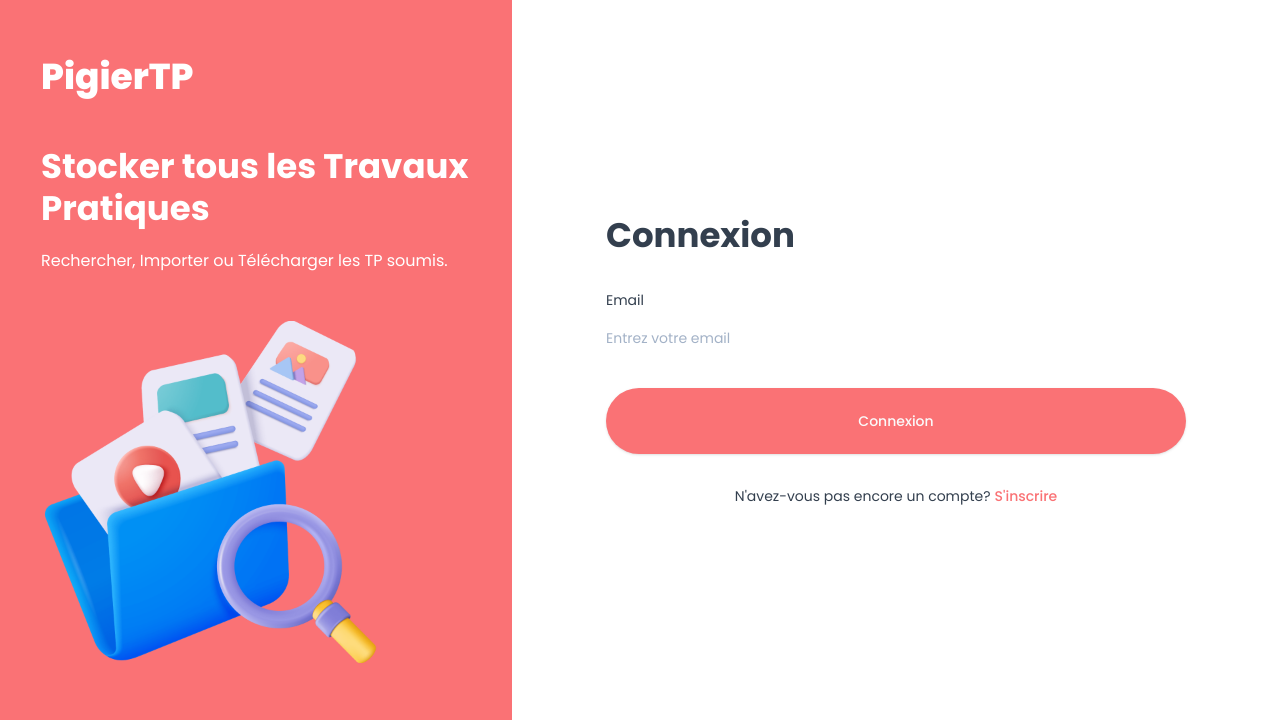
Repository: Tychiq/pigier_tp
Page: /sign-in
The author's editor kept a copy of each file at every save. The page is drawn from the files as they stood at one save, then again after the next save.
The browser window is 1280 px wide. The pictures show the whole page.
The page's requests for data from a server got no answer. The project was rebuilt for these pictures with package versions that can differ from the ones it lists, and the page was loaded fresh each time. The framework's server and built-in components were replaced by stand-ins that run in the browser. No one was signed in, and anything a server would have sent is missing. Also part of the build but not shown: next.config.ts, components/ui/alert-dialog.tsx, components/ui/input-otp.tsx, components/OTPModal.tsx.

Above is the page before, as saved 2025-05-02 15:18:44.

### app/layout.tsx
import type { Metadata } from "next";
import { Poppins } from 'next/font/google'

import "./globals.css";

const poppins = Poppins({
    subsets: ['latin'],
    weight: ['100', '200', '300', '400', '500', '600', '700', '800', '900'],
    variable: '--font-poppins',
})

export const metadata: Metadata = {
  title: "PigierTP",
  description: "PigierTP - Tous les Travaux Pratiques.",
};

export default function RootLayout({
  children,
}: Readonly<{
  children: React.ReactNode;
}>) {
  return (
    <html lang="en">
      <body
        className={`${poppins.variable} font-poppins antialiased`}
      >
        {children}
      </body>
    </html>
  );
}

### app/(auth)/layout.tsx
import React from "react";
import Image from "next/image";

const Layout = ({ children }: { children: React.ReactNode }) => {
  return (
    <div className="flex min-h-screen">
      <section className="hidden w-1/2 items-center justify-center bg-brand p-10 lg:flex xl:w-2/5">
        <div className="flex max-h-[800px] max-w-[430px] flex-col justify-center space-y-12">
          <p className="text-4xl font-extrabold font-poppins text-white">PigierTP</p>

          <div className="space-y-5 text-white">
            <h1 className="h1">Stocker tous les Travaux Pratiques</h1>
            <p className="body-1">
              Rechercher, Importer ou Télécharger les TP soumis.
            </p>
          </div>
          <Image
            src="/assets/images/files.png"
            alt="Files"
            width={342}
            height={342}
            className="transition-all hover:rotate-2 hover:scale-105"
          />
        </div>
      </section>

      <section className="flex flex-1 flex-col items-center bg-white p-4 py-10 lg:justify-center lg:p-10 lg:py-0">
        <div className="mb-16 lg:hidden">
          <Image
            src="/assets/icons/logo-full-brand.svg"
            alt="logo"
            width={224}
            height={82}
            className="h-auto w-[200px] lg:w-[250px]"
          />
        </div>

        {children}
      </section>
    </div>
  );
};

export default Layout;

### components/AuthForm.tsx
"use client";

import { z } from "zod";
import { zodResolver } from "@hookform/resolvers/zod";
import { useForm } from "react-hook-form";
import { Button } from "@/components/ui/button";
import {
  Form,
  FormControl,
  FormField,
  FormItem,
  FormLabel,
  FormMessage,
} from "@/components/ui/form";
import { Input } from "@/components/ui/input";
import { useState } from "react";
import Image from "next/image";
import Link from "next/link";
import { createAccount, signInUser } from "@/lib/actions/user.actions";
import OtpModal from "@/components/OTPModal";
import { useRouter } from "next/navigation";

type FormType = "sign-in" | "sign-up";

// Schema
const getAuthFormSchema = (formType: FormType) =>
  z.object({
    email: z.string().email(),
    fullName: formType === "sign-up" ? z.string().min(2).max(50) : z.string().optional(),
    isStudent: formType === "sign-up" ? z.boolean() : z.boolean().optional(),
  });

const AuthForm = ({ type }: { type: FormType }) => {
  const router = useRouter();
  const [isLoading, setIsLoading] = useState(false);
  const [errorMessage, setErrorMessage] = useState<string | null>(null);
  const [accountId, setAccountId] = useState<string | null>(null);
  const [isStudent, setIsStudent] = useState(false);

  const formSchema = getAuthFormSchema(type);
  const form = useForm<z.infer<typeof formSchema>>({
    resolver: zodResolver(formSchema),
    defaultValues: {
      email: "",
      fullName: "",
      isStudent: false,
    },
  });

  const onSubmit = async (values: z.infer<typeof formSchema>) => {
    setIsLoading(true);
    setErrorMessage(null);

    try {
      const user =
        type === "sign-up"
          ? await createAccount({
              fullName: values.fullName || "",
              email: values.email,
              isStudent: values.isStudent ?? false,
            })
          : await signInUser({ email: values.email });

      setAccountId(user.accountId);
      setIsStudent(user.isStudent ?? false);

      // For sign-in, redirect immediately
      if (type === "sign-in") {
        if (user.isStudent) {
          router.push("/student");
        } else {
          router.push("/dashboard");
        }
      }
    // eslint-disable-next-line @typescript-eslint/no-unused-vars
    } catch (error) {
      setErrorMessage("Échec lors de la création de compte ou de la connexion. Réessayez.");
    } finally {
      setIsLoading(false);
    }
  };

  return (
    <>
      <Form {...form}>
        <form onSubmit={form.handleSubmit(onSubmit)} className="auth-form">
          <h1 className="form-title">
            {type === "sign-in" ? "Connexion" : "S'inscrire"}
          </h1>

          {type === "sign-up" && (
            <FormField
              control={form.control}
              name="fullName"
              render={({ field }) => (
                <FormItem>
                  <FormLabel className="shad-form-label">Nom Complet</FormLabel>
                  <FormControl>
                    <Input
                      placeholder="Entrez votre nom complet"
                      className="shad-input"
                      {...field}
                    />
                  </FormControl>
                  <FormMessage className="shad-form-message" />
                </FormItem>
              )}
            />
          )}

          <FormField
            control={form.control}
            name="email"
            render={({ field }) => (
              <FormItem>
                <FormLabel className="shad-form-label">Email</FormLabel>
                <FormControl>
                  <Input
                    placeholder="Entrez votre email"
                    className="shad-input"
                    {...field}
                  />
                </FormControl>
                <FormMessage className="shad-form-message" />
              </FormItem>
            )}
          />

          {type === "sign-up" && (
            <FormField
              control={form.control}
              name="isStudent"
              render={({ field }) => (
                <FormItem>
                  <FormLabel className="shad-form-label">Vous êtes étudiant(e)?</FormLabel>
                  <FormControl>
                    <div className="flex items-center space-x-4">
                      <label className="flex items-center space-x-2">
                        <input
                          type="radio"
                          checked={field.value === true}
                          onChange={() => field.onChange(true)}
                        />
                        <span>Oui</span>
                      </label>
                      <label className="flex items-center space-x-2">
                        <input
                          type="radio"
                          checked={field.value === false}
                          onChange={() => field.onChange(false)}
                        />
                        <span>Non</span>
                      </label>
                    </div>
                  </FormControl>
                  <FormMessage className="shad-form-message" />
                </FormItem>
              )}
            />
          )}

          <Button
            type="submit"
            className="form-submit-button"
            disabled={isLoading}
          >
            {type === "sign-in" ? "Connexion" : "S'inscrire"}
            {isLoading && (
              <Image
                src="/assets/icons/loader.svg"
                alt="loader"
                width={24}
                height={24}
                className="ml-2 animate-spin"
              />
            )}
          </Button>

          {errorMessage && <p className="error-message">*{errorMessage}</p>}

          <div className="body-2 flex justify-center">
            <p className="text-light-100">
              {type === "sign-in"
                ? "N'avez-vous pas encore un compte?"
                : "Déjà enregistré(e)?"}
            </p>
            <Link
              href={type === "sign-in" ? "/sign-up" : "/sign-in"}
              className="ml-1 font-medium text-brand"
            >
              {type === "sign-in" ? "S'inscrire" : "Connexion"}
            </Link>
          </div>
        </form>
      </Form>

      {type === "sign-up" && accountId && (
        <OtpModal
          email={form.getValues("email")}
          accountId={accountId}
          isStudent={isStudent}
        />
      )}
    </>
  );
};

export default AuthForm;

### components/ui/button.tsx
import * as React from "react"
import { Slot } from "@radix-ui/react-slot"
import { cva, type VariantProps } from "class-variance-authority"

import { cn } from "@/lib/utils"

const buttonVariants = cva(
  "inline-flex items-center justify-center gap-2 whitespace-nowrap rounded-md text-sm font-medium transition-colors focus-visible:outline-none focus-visible:ring-1 focus-visible:ring-ring disabled:pointer-events-none disabled:opacity-50 [&_svg]:pointer-events-none [&_svg]:size-4 [&_svg]:shrink-0",
  {
    variants: {
      variant: {
        default:
          "bg-primary text-primary-foreground shadow hover:bg-primary/90",
        destructive:
          "bg-destructive text-destructive-foreground shadow-sm hover:bg-destructive/90",
        outline:
          "border border-input bg-background shadow-sm hover:bg-accent hover:text-accent-foreground",
        secondary:
          "bg-secondary text-secondary-foreground shadow-sm hover:bg-secondary/80",
        ghost: "hover:bg-accent hover:text-accent-foreground",
        link: "text-primary underline-offset-4 hover:underline",
      },
      size: {
        default: "h-9 px-4 py-2",
        sm: "h-8 rounded-md px-3 text-xs",
        lg: "h-10 rounded-md px-8",
        icon: "h-9 w-9",
      },
    },
    defaultVariants: {
      variant: "default",
      size: "default",
    },
  }
)

export interface ButtonProps
  extends React.ButtonHTMLAttributes<HTMLButtonElement>,
    VariantProps<typeof buttonVariants> {
  asChild?: boolean
}

const Button = React.forwardRef<HTMLButtonElement, ButtonProps>(
  ({ className, variant, size, asChild = false, ...props }, ref) => {
    const Comp = asChild ? Slot : "button"
    return (
      <Comp
        className={cn(buttonVariants({ variant, size, className }))}
        ref={ref}
        {...props}
      />
    )
  }
)
Button.displayName = "Button"

export { Button, buttonVariants }

### components/ui/input.tsx
import * as React from "react"

import { cn } from "@/lib/utils"

export interface InputProps
  extends React.InputHTMLAttributes<HTMLInputElement> {}

const Input = React.forwardRef<HTMLInputElement, InputProps>(
  ({ className, type, ...props }, ref) => {
    return (
      <input
        type={type}
        className={cn(
          "flex h-9 w-full rounded-md border border-input bg-transparent px-3 py-1 text-sm shadow-sm transition-colors file:border-0 file:bg-transparent file:text-sm file:font-medium file:text-foreground placeholder:text-muted-foreground focus-visible:outline-none focus-visible:ring-1 focus-visible:ring-ring disabled:cursor-not-allowed disabled:opacity-50",
          className
        )}
        ref={ref}
        {...props}
      />
    )
  }
)
Input.displayName = "Input"

export { Input }

### components/ui/label.tsx
"use client"

import * as React from "react"
import * as LabelPrimitive from "@radix-ui/react-label"
import { cva, type VariantProps } from "class-variance-authority"

import { cn } from "@/lib/utils"

const labelVariants = cva(
  "text-sm font-medium leading-none peer-disabled:cursor-not-allowed peer-disabled:opacity-70"
)

const Label = React.forwardRef<
  React.ElementRef<typeof LabelPrimitive.Root>,
  React.ComponentPropsWithoutRef<typeof LabelPrimitive.Root> &
    VariantProps<typeof labelVariants>
>(({ className, ...props }, ref) => (
  <LabelPrimitive.Root
    ref={ref}
    className={cn(labelVariants(), className)}
    {...props}
  />
))
Label.displayName = LabelPrimitive.Root.displayName

export { Label }

### constants/index.ts
export const navItems = [
  {
    name: "Dashboard",
    icon: "/assets/icons/dashboard.svg",
    url: "/",
  },
  {
    name: "Documents",
    icon: "/assets/icons/documents.svg",
    url: "/documents",
  },
  {
    name: "Images",
    icon: "/assets/icons/images.svg",
    url: "/images",
  },
  {
    name: "Médias",
    icon: "/assets/icons/video.svg",
    url: "/media",
  },
  {
    name: "Autres",
    icon: "/assets/icons/others.svg",
    url: "/others",
  },
];

export const actionsDropdownItems = [
  {
    label: "Renommer",
    icon: "/assets/icons/edit.svg",
    value: "renommer",
  },
  {
    label: "Details",
    icon: "/assets/icons/info.svg",
    value: "details",
  },

  {
    label: "Télécharger",
    icon: "/assets/icons/download.svg",
    value: "télécharger",
  },
  {
    label: "Supprimer",
    icon: "/assets/icons/delete.svg",
    value: "supprimer",
  },
];

export const sortTypes = [
  {
    label: "Date de création (plus récente)",
    value: "$createdAt-desc",
  },
  {
    label: "Date de création (plus ancienne",
    value: "$createdAt-asc",
  },
  {
    label: "Nom (A-Z)",
    value: "name-asc",
  },
  {
    label: "Nom (Z-A)",
    value: "name-desc",
  },
  {
    label: "Taille (Plus grande)",
    value: "size-desc",
  },
  {
    label: "Taille (Plus petite)",
    value: "size-asc",
  },
];

export const avatarPlaceholderUrl =
  "https://img.freepik.com/free-psd/3d-illustration-person-with-sunglasses_23-2149436188.jpg";

export const MAX_FILE_SIZE = 50 * 1024 * 1024; // 50MB

### tailwind.config.ts
import type { Config } from "tailwindcss";

const config: Config = {
  darkMode: ["class"],
  content: [
    "./pages/**/*.{js,ts,jsx,tsx,mdx}",
    "./components/**/*.{js,ts,jsx,tsx,mdx}",
    "./app/**/*.{js,ts,jsx,tsx,mdx}",
  ],
  theme: {
  	extend: {
  		colors: {
  			brand: {
  				'100': '#EA6365',
  				DEFAULT: '#FA7275'
  			},
  			red: '#FF7474',
  			error: '#b80000',
  			green: '#3DD9B3',
  			blue: '#56B8FF',
  			pink: '#EEA8FD',
  			orange: '#F9AB72',
  			light: {
  				'100': '#333F4E',
  				'200': '#A3B2C7',
  				'300': '#F2F5F9',
  				'400': '#F2F4F8'
  			},
  			dark: {
  				'100': '#04050C',
  				'200': '#131524'
  			},
  			background: 'hsl(var(--background))',
  			foreground: 'hsl(var(--foreground))',
  			card: {
  				DEFAULT: 'hsl(var(--card))',
  				foreground: 'hsl(var(--card-foreground))'
  			},
  			popover: {
  				DEFAULT: 'hsl(var(--popover))',
  				foreground: 'hsl(var(--popover-foreground))'
  			},
  			primary: {
  				DEFAULT: 'hsl(var(--primary))',
  				foreground: 'hsl(var(--primary-foreground))'
  			},
  			secondary: {
  				DEFAULT: 'hsl(var(--secondary))',
  				foreground: 'hsl(var(--secondary-foreground))'
  			},
  			muted: {
  				DEFAULT: 'hsl(var(--muted))',
  				foreground: 'hsl(var(--muted-foreground))'
  			},
  			accent: {
  				DEFAULT: 'hsl(var(--accent))',
  				foreground: 'hsl(var(--accent-foreground))'
  			},
  			destructive: {
  				DEFAULT: 'hsl(var(--destructive))',
  				foreground: 'hsl(var(--destructive-foreground))'
  			},
  			border: 'hsl(var(--border))',
  			input: 'hsl(var(--input))',
  			ring: 'hsl(var(--ring))',
  			chart: {
  				'1': 'hsl(var(--chart-1))',
  				'2': 'hsl(var(--chart-2))',
  				'3': 'hsl(var(--chart-3))',
  				'4': 'hsl(var(--chart-4))',
  				'5': 'hsl(var(--chart-5))'
  			}
  		},
  		fontFamily: {
  			poppins: ["var(--font-poppins)"]
  		},
  		boxShadow: {
  			'drop-1': '0px 10px 30px 0px rgba(66, 71, 97, 0.1)',
  			'drop-2': '0 8px 30px 0 rgba(65, 89, 214, 0.3)',
  			'drop-3': '0 8px 30px 0 rgba(65, 89, 214, 0.1)'
  		},
  		borderRadius: {
  			lg: 'var(--radius)',
  			md: 'calc(var(--radius) - 2px)',
  			sm: 'calc(var(--radius) - 4px)'
  		},
  		keyframes: {
  			'caret-blink': {
  				'0%,70%,100%': {
  					opacity: '1'
  				},
  				'20%,50%': {
  					opacity: '0'
  				}
  			}
  		},
  		animation: {
  			'caret-blink': 'caret-blink 1.25s ease-out infinite'
  		}
  	}
  },
  // eslint-disable-next-line @typescript-eslint/no-require-imports
  plugins: [require("tailwindcss-animate")],
};
export default config;

Loaded but not shown: app/(auth)/sign-in/page.tsx (common file); app/globals.css (common file); lib/appwrite/index.ts (common file); lib/appwrite/config.ts (common file); lib/utils.ts (236 lines, source omitted); components/ui/form.tsx (178 lines, source omitted); lib/actions/user.actions.ts (143 lines, source omitted)

After the next save:
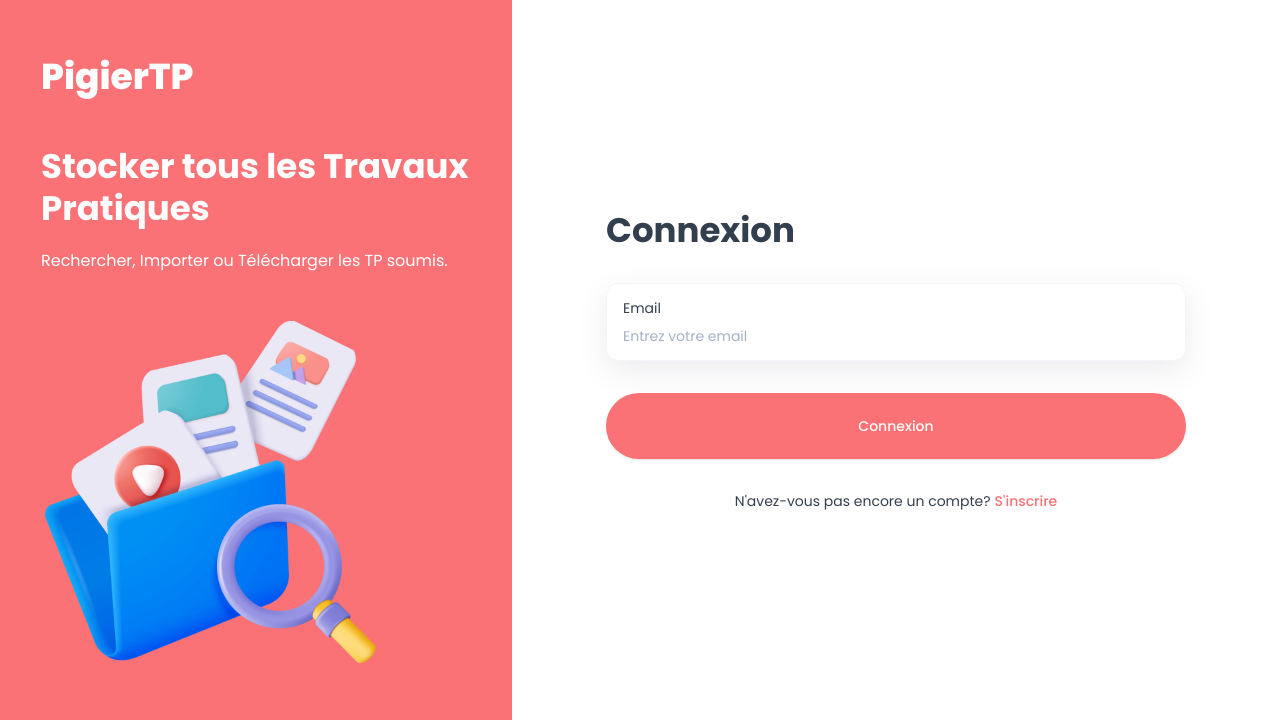
Saved 12 s later.
--- a/components/AuthForm.tsx
+++ b/components/AuthForm.tsx
@@ -3,6 +3,7 @@
 import { z } from "zod";
 import { zodResolver } from "@hookform/resolvers/zod";
 import { useForm } from "react-hook-form";
+
 import { Button } from "@/components/ui/button";
 import {
   Form,
@@ -18,38 +19,36 @@ import Image from "next/image";
 import Link from "next/link";
 import { createAccount, signInUser } from "@/lib/actions/user.actions";
 import OtpModal from "@/components/OTPModal";
-import { useRouter } from "next/navigation";
 
 type FormType = "sign-in" | "sign-up";
 
-// Schema
-const getAuthFormSchema = (formType: FormType) =>
-  z.object({
+const authFormSchema = (formType: FormType) => {
+  return z.object({
     email: z.string().email(),
-    fullName: formType === "sign-up" ? z.string().min(2).max(50) : z.string().optional(),
-    isStudent: formType === "sign-up" ? z.boolean() : z.boolean().optional(),
+    fullName:
+      formType === "sign-up"
+        ? z.string().min(2).max(50)
+        : z.string().optional(),
   });
+};
 
 const AuthForm = ({ type }: { type: FormType }) => {
-  const router = useRouter();
   const [isLoading, setIsLoading] = useState(false);
-  const [errorMessage, setErrorMessage] = useState<string | null>(null);
-  const [accountId, setAccountId] = useState<string | null>(null);
-  const [isStudent, setIsStudent] = useState(false);
+  const [errorMessage, setErrorMessage] = useState("");
+  const [accountId, setAccountId] = useState(null);
 
-  const formSchema = getAuthFormSchema(type);
+  const formSchema = authFormSchema(type);
   const form = useForm<z.infer<typeof formSchema>>({
     resolver: zodResolver(formSchema),
     defaultValues: {
+      fullName: "",
       email: "",
-      fullName: "",
-      isStudent: false,
     },
   });
 
   const onSubmit = async (values: z.infer<typeof formSchema>) => {
     setIsLoading(true);
-    setErrorMessage(null);
+    setErrorMessage("");
 
     try {
       const user =
@@ -57,24 +56,12 @@ const AuthForm = ({ type }: { type: FormType }) => {
           ? await createAccount({
               fullName: values.fullName || "",
               email: values.email,
-              isStudent: values.isStudent ?? false,
             })
           : await signInUser({ email: values.email });
 
       setAccountId(user.accountId);
-      setIsStudent(user.isStudent ?? false);
-
-      // For sign-in, redirect immediately
-      if (type === "sign-in") {
-        if (user.isStudent) {
-          router.push("/student");
-        } else {
-          router.push("/dashboard");
-        }
-      }
-    // eslint-disable-next-line @typescript-eslint/no-unused-vars
-    } catch (error) {
-      setErrorMessage("Échec lors de la création de compte ou de la connexion. Réessayez.");
+    } catch {
+      setErrorMessage("Echec lors de la création de compte. Réessayez encore.");
     } finally {
       setIsLoading(false);
     }
@@ -87,21 +74,24 @@ const AuthForm = ({ type }: { type: FormType }) => {
           <h1 className="form-title">
             {type === "sign-in" ? "Connexion" : "S'inscrire"}
           </h1>
-
           {type === "sign-up" && (
             <FormField
               control={form.control}
               name="fullName"
               render={({ field }) => (
                 <FormItem>
-                  <FormLabel className="shad-form-label">Nom Complet</FormLabel>
-                  <FormControl>
-                    <Input
-                      placeholder="Entrez votre nom complet"
-                      className="shad-input"
-                      {...field}
-                    />
-                  </FormControl>
+                  <div className="shad-form-item">
+                    <FormLabel className="shad-form-label">Nom Complet</FormLabel>
+
+                    <FormControl>
+                      <Input
+                        placeholder="Entrez votre nom complet"
+                        className="shad-input"
+                        {...field}
+                      />
+                    </FormControl>
+                  </div>
+
                   <FormMessage className="shad-form-message" />
                 </FormItem>
               )}
@@ -113,51 +103,22 @@ const AuthForm = ({ type }: { type: FormType }) => {
             name="email"
             render={({ field }) => (
               <FormItem>
-                <FormLabel className="shad-form-label">Email</FormLabel>
-                <FormControl>
-                  <Input
-                    placeholder="Entrez votre email"
-                    className="shad-input"
-                    {...field}
-                  />
-                </FormControl>
+                <div className="shad-form-item">
+                  <FormLabel className="shad-form-label">Email</FormLabel>
+
+                  <FormControl>
+                    <Input
+                      placeholder="Entrez votre email"
+                      className="shad-input"
+                      {...field}
+                    />
+                  </FormControl>
+                </div>
+
                 <FormMessage className="shad-form-message" />
               </FormItem>
             )}
           />
-
-          {type === "sign-up" && (
-            <FormField
-              control={form.control}
-              name="isStudent"
-              render={({ field }) => (
-                <FormItem>
-                  <FormLabel className="shad-form-label">Vous êtes étudiant(e)?</FormLabel>
-                  <FormControl>
-                    <div className="flex items-center space-x-4">
-                      <label className="flex items-center space-x-2">
-                        <input
-                          type="radio"
-                          checked={field.value === true}
-                          onChange={() => field.onChange(true)}
-                        />
-                        <span>Oui</span>
-                      </label>
-                      <label className="flex items-center space-x-2">
-                        <input
-                          type="radio"
-                          checked={field.value === false}
-                          onChange={() => field.onChange(false)}
-                        />
-                        <span>Non</span>
-                      </label>
-                    </div>
-                  </FormControl>
-                  <FormMessage className="shad-form-message" />
-                </FormItem>
-              )}
-            />
-          )}
 
           <Button
             type="submit"
@@ -165,6 +126,7 @@ const AuthForm = ({ type }: { type: FormType }) => {
             disabled={isLoading}
           >
             {type === "sign-in" ? "Connexion" : "S'inscrire"}
+
             {isLoading && (
               <Image
                 src="/assets/icons/loader.svg"
@@ -182,24 +144,21 @@ const AuthForm = ({ type }: { type: FormType }) => {
             <p className="text-light-100">
               {type === "sign-in"
                 ? "N'avez-vous pas encore un compte?"
-                : "Déjà enregistré(e)?"}
+                : "Déja enregistré(e)?"}
             </p>
             <Link
               href={type === "sign-in" ? "/sign-up" : "/sign-in"}
               className="ml-1 font-medium text-brand"
             >
+              {" "}
               {type === "sign-in" ? "S'inscrire" : "Connexion"}
             </Link>
           </div>
         </form>
       </Form>
 
-      {type === "sign-up" && accountId && (
-        <OtpModal
-          email={form.getValues("email")}
-          accountId={accountId}
-          isStudent={isStudent}
-        />
+      {accountId && (
+        <OtpModal email={form.getValues("email")} accountId={accountId} />
       )}
     </>
   );
